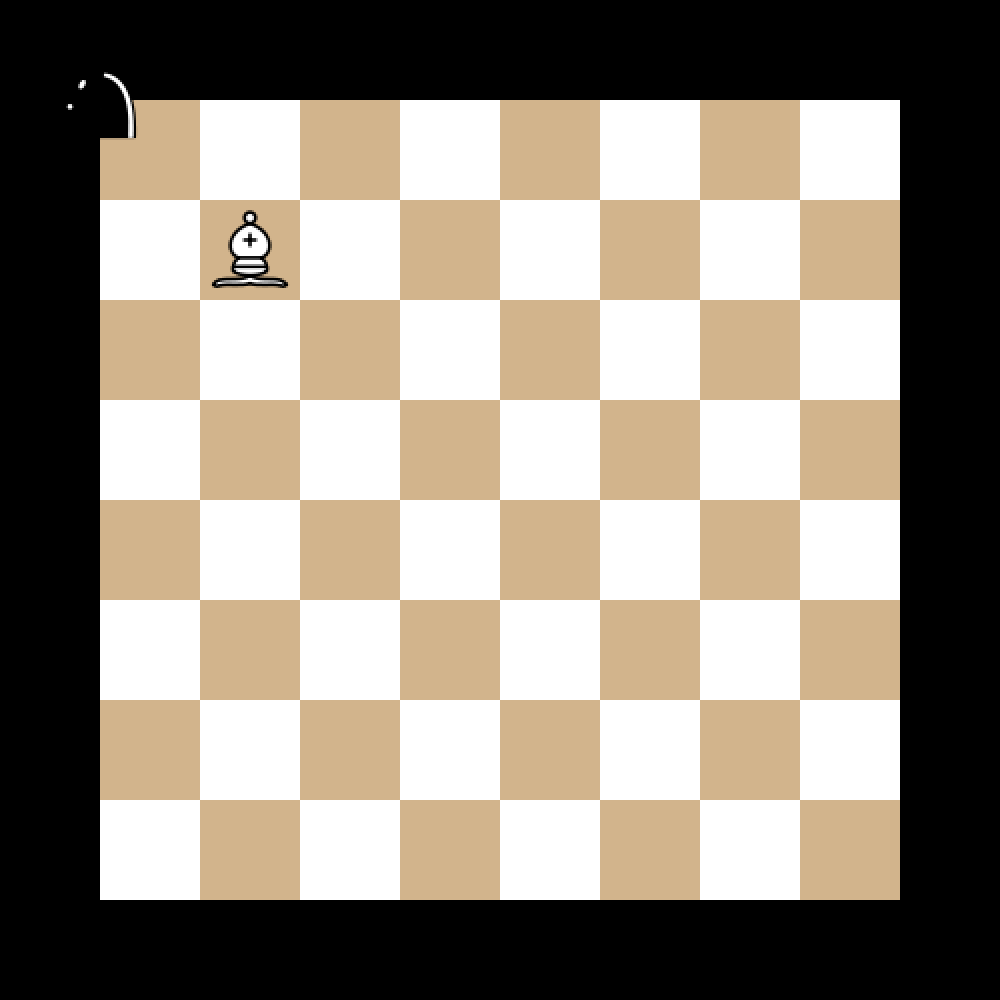
Repository: a-longe/capstone
Script's output: python engine/drag_n_drop_test.py
These files come from the project's save history. The script's output is drawn as it stood at one moment and after the next save; the edit follows.
The window is shown after at most 60 frames with no key pressed. Random numbers start from a fixed seed. It also reads engine/images/bN.png, engine/images/wB.png, engine/images/wK.png.

Above is the script's output before, as saved 2023-12-13 14:31:35.

### engine/drag_n_drop_test.py
import os
import sys
import pygame as pg
import math

Cord = tuple[int, int]
TOP_LEFT = 100
BOTTOM_RIGHT = 900
SQUARE_SIZE = 100
SCREEN_SIZE = 1000

RECT_DATA = 0
GLYPH = 1

def is_even(n):
    return 0 == n % 2


def is_odd(n):
    return 1 == n % 2


def black_square(surface, image, rect):
    image.fill((210, 180, 140))
    surface.blit(image, rect)


def white_square(surface, image, rect):
    image.fill((255, 255, 255))
    surface.blit(image, rect)

def get_snap_cords(x, y) -> Cord:
    return (math.floor(x / SQUARE_SIZE) * SQUARE_SIZE,
            math.floor(y / SQUARE_SIZE) * SQUARE_SIZE)


IMAGE_DIR = os.path.join(os.path.dirname(os.path.abspath(__file__)), 'images')

def get_piece_img(glyph:str) -> pg.Surface:
    if glyph.isupper():
        color = 'w'
    else:
        color = 'b'
    piece_type = glyph.upper()
    return pg.image.load(os.path.join(IMAGE_DIR, f"{color}{piece_type}.png"))


square_coords = [[i, j] for i in range(TOP_LEFT, BOTTOM_RIGHT, SQUARE_SIZE) \
                for j in range(TOP_LEFT, BOTTOM_RIGHT, SQUARE_SIZE)]


class Piece:
    # A Piece object needs to know about the Board because its behaviour
    # depends on the location of other Piece objects--only the Board knows
    # about them--that's why Board is an argument. It also needs to know its
    # dimensions, so we pass them in rect
    def __init__(self, Board, rect, glyph):
        self.board = Board
        self.rect = pg.Rect(rect)
        self.previous_center = self.rect.center
        # a Piece object has a click attribute that is true if the
        # left mouse button is down and on top of the Piece
        self.click = False
        self.image = pg.transform.scale(get_piece_img(glyph), (SQUARE_SIZE,
                                                               SQUARE_SIZE))
        self.is_white = glyph.islower()

    # Check that the player has been selected and that the mouse will
    # not cause the player to bleed out of bounds.

    # To deal with collisions, save current position, and then move
    # the player to the mouse position. If there is a collision, then
    # move the rectangle back to the previous position.

    # Regardless, draw the player
    def update(self):
        if (self.click):
            self.rect.center = pg.mouse.get_pos()
        self.board.surface.blit(self.image, self.rect)

    def snap_to_square(self) -> None:
        if self.board.mouse_inside_bounds():
            player_cords = (self.rect.center[0], self.rect.center[1])
            self.rect.topleft = get_snap_cords(*player_cords)




class Board:
    # Each position corresponds to the arguments needed to instantiate
    # the PyGame.Rect class: (x, y, width, height) corresponding to a player

    # The Board class updates itself by asking the players to paint themselves.

    # It has a number of methods that exist so other parts of the program can
    # inquire about the current state of the board
    def __init__(self, positions):
        self.surface = pg.display.set_mode((SCREEN_SIZE, SCREEN_SIZE))
        self.players = []
        for piece_data in positions:
            self.players.append(Piece(self, piece_data[RECT_DATA],
                                    piece_data[GLYPH]))

    def clear_surface(self):
        self.surface.fill(0)

    def get_players(self):
        return self.players

    def mouse_inside_bounds(self):
        # hard-coded numbers should be fixed
        x, y = pg.mouse.get_pos()
        return (x > TOP_LEFT and x < BOTTOM_RIGHT and
                y > TOP_LEFT and y < BOTTOM_RIGHT)

    def collisions(self, a_player):
        rects = [player.rect for player in self.get_players()]
        target_rects = [rect for rect in rects if rect != a_player.rect]
        return a_player.rect.collidelistall(target_rects)

    def display_grid(self):
        # print("I should be displaying...")
        for x, y in square_coords:
            row = x / 100
            column = y / 100
            rect = pg.Rect([x, y, 100, 100])
            image = pg.Surface(rect.size).convert()
            if not (is_odd(row) ^ is_odd(column)):
                black_square(self.surface, image, rect)
            else:
                white_square(self.surface, image, rect)

    def update_board(self):
        self.clear_surface()
        self.display_grid()
        for player in self.get_players():
            player.update()


def main(Board):
    # listen for events and update board in response to them
    game_event_loop(Board)
    Board.update_board()


# Notice that the event loop has been given its own function. This makes
# the program easier to understand.
def game_event_loop(Board):
    for event in pg.event.get():
        if event.type == pg.MOUSEBUTTONDOWN:
            for player in Board.get_players():
                # The event positions is the mouse coordinates
                if player.rect.collidepoint(event.pos):
                    if not player.click:
                        # store current center
                        player.previous_center = player.rect.center
                    player.click = True
        elif event.type == pg.MOUSEBUTTONUP:
            for player in Board.get_players():
                if player.click:
                    # if valid location and is legal move()
                    if player.board.mouse_inside_bounds() and True:
                        # does player collide with another player
                        colliding_piece = [piece_2 for piece_2 in player.rect.collideobjectsall(player.board.get_players()) if piece_2.rect.collidepoint(pg.mouse.get_pos())]
                        colliding_piece.remove(player)
                        print(colliding_piece)
                        if (not colliding_piece) or \
                        player.is_white != colliding_piece[0].is_white:
                            player.snap_to_square()
                        else:
                            player.rect.center = player.previous_center
                    # else set cords to last square
                    else:
                        player.rect.center = player.previous_center
                player.click = False
        elif event.type == pg.QUIT:
            pg.quit()
            sys.exit()


if __name__ == "__main__":
    os.environ['SDL_VIDEO_CENTERED'] = '1'
    pg.init()
    MyBoard = Board([((50, 50, 100, 100), 'n'),
                     ((200, 200, 100, 100), 'B')])
    MyClock = pg.time.Clock()
    while True:
        main(MyBoard)
        pg.display.update()
        MyClock.tick(60)

After the next save:
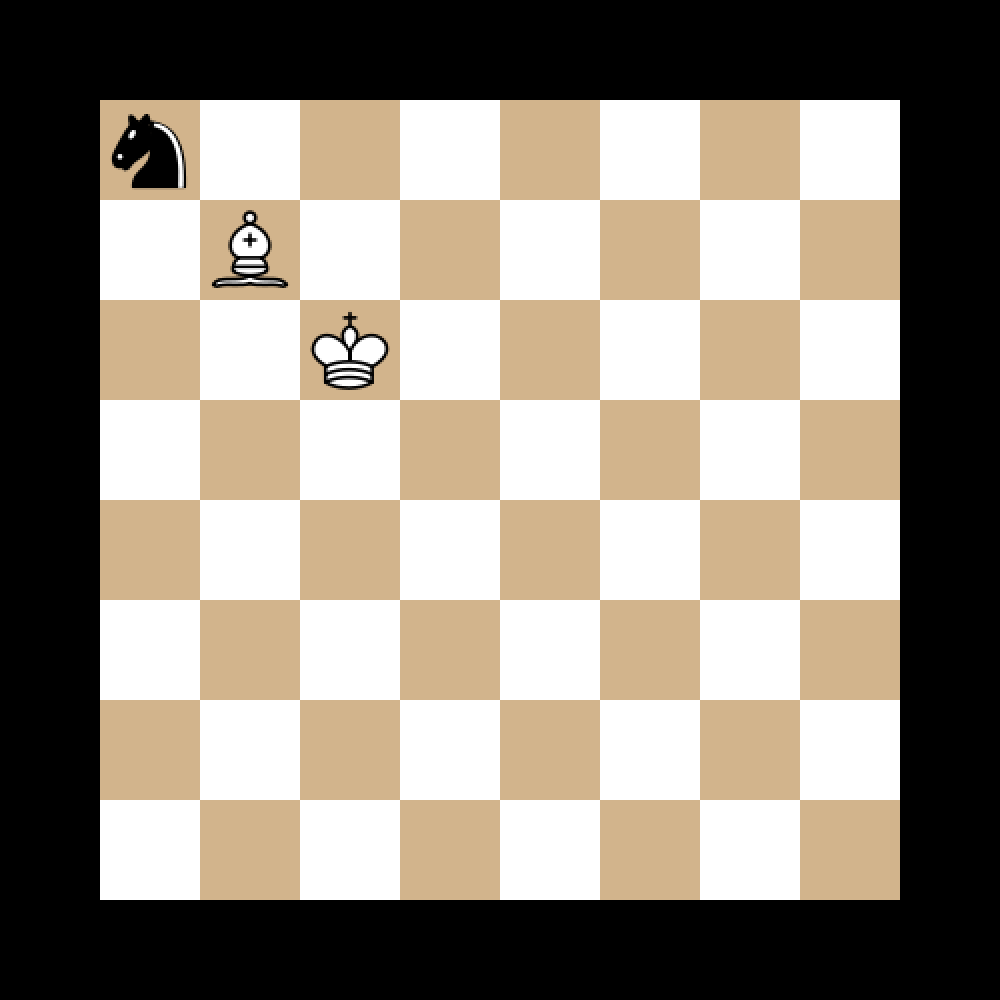
Saved 28 s later.
--- a/engine/drag_n_drop_test.py
+++ b/engine/drag_n_drop_test.py
@@ -181,8 +181,9 @@ def game_event_loop(Board):
 if __name__ == "__main__":
     os.environ['SDL_VIDEO_CENTERED'] = '1'
     pg.init()
-    MyBoard = Board([((50, 50, 100, 100), 'n'),
-                     ((200, 200, 100, 100), 'B')])
+    MyBoard = Board([((100, 100, 100, 100), 'n'),
+                     ((200, 200, 100, 100), 'B'),
+                     ((300, 300, 100, 100), 'K')])
     MyClock = pg.time.Clock()
     while True:
         main(MyBoard)
